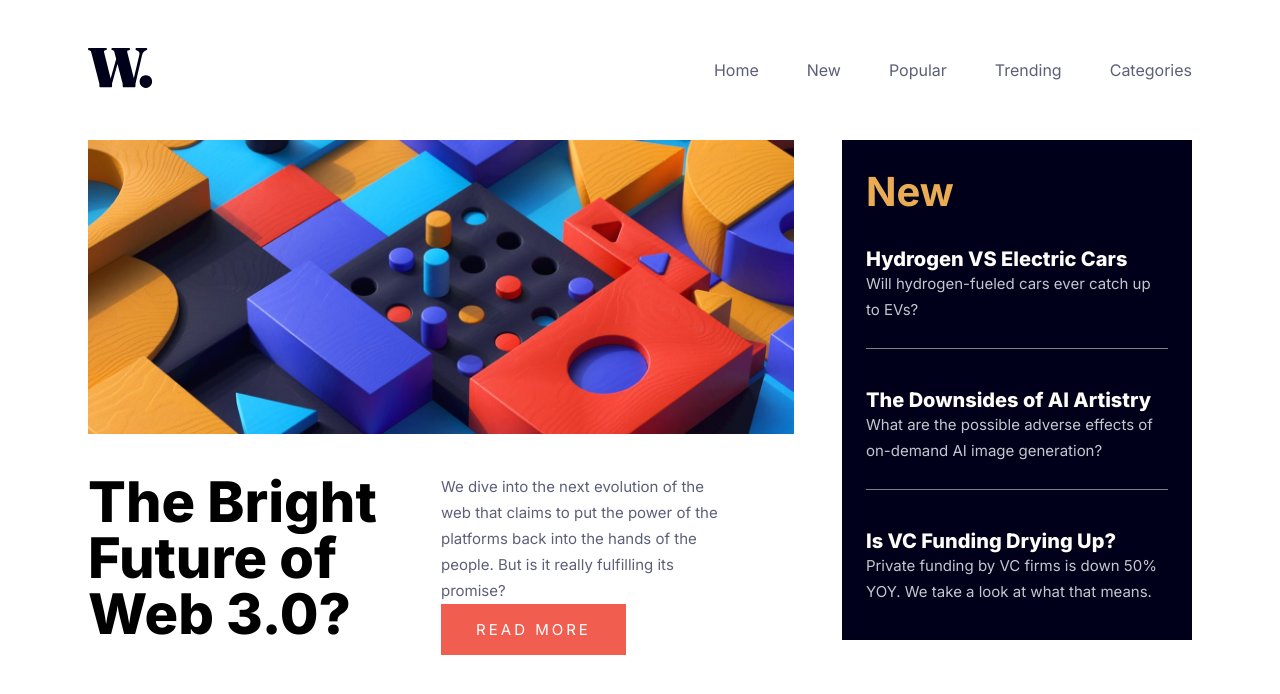
Repository: DevAntonioRogers/FrontendMentor-News-Homepage
Page: index.html
The author's editor kept a copy of each file at every save. The page is drawn from the files as they stood at one save, then again after the next save.
The browser window is 1280 px wide. The pictures show the whole page.

Above is the page before, as saved 2023-04-21 13:03:38.

### index.html
<!DOCTYPE html>
<html lang="en">
  <head>
    <meta charset="UTF-8" />
    <meta http-equiv="X-UA-Compatible" content="IE=edge" />
    <meta name="viewport" content="width=device-width, initial-scale=1.0" />
    <link rel="stylesheet" href="styles.css" />
    <title>Document</title>
  </head>
  <body>
    <nav>
      <div class="logo">
        <img src="./assets/logo.svg" alt="logo" />
      </div>
      <ul class="nav-menu">
        <li>Home</li>
        <li>New</li>
        <li>Popular</li>
        <li>Trending</li>
        <li>Categories</li>
      </ul>
      <div class="mobile-icons">
        <img src="./assets/icon-menu.svg" alt="" />
        <img src="./assets/icon-menu-close.svg" alt="" />
      </div>
    </nav>

    <section class="hero">
      <div class="left">
        <picture>
          <source srcset="assets/image-web-3-mobile.jpg" media="(max-width: 768px)" />
          <img src="assets/image-web-3-desktop.jpg" alt="banner" />
        </picture>
        <article class="hero-article">
          <div>
            <h1>The Bright Future of Web 3.0?</h1>
          </div>
          <div>
            <div class="test">
              <p>
                We dive into the next evolution of the web that claims to put the power of the platforms back into the
                hands of the people. But is it really fulfilling its promise?
              </p>
            </div>

            <div>
              <button>Read More</button>
            </div>
          </div>
        </article>
      </div>

      <div class="right">
        <h1>New</h1>

        <div>
          <h3>Hydrogen VS Electric Cars</h3>
          <p>Will hydrogen-fueled cars ever catch up to EVs?</p>
        </div>

        <div>
          <h3>The Downsides of AI Artistry</h3>
          <p>What are the possible adverse effects of on-demand AI image generation?</p>
        </div>

        <div>
          <h3>Is VC Funding Drying Up?</h3>
          <p>Private funding by VC firms is down 50% YOY. We take a look at what that means.</p>
        </div>
      </div>
    </section>
  </body>
</html>

### styles.css
@import url('https://fonts.googleapis.com/css2?family=Inter:wght@400;700;800&display=swap');

*{
  box-sizing: border-box;
  margin: 0;
  padding: 0;
  font-family: 'Inter', sans-serif;
}

/* img{
  width: 100%;
  height: 100%;
} */

body{
  max-width: 1200px;
  margin: auto;
  padding: 3rem;
}

a{
  text-decoration: none;
}

li{
  list-style: none;
}

/* NAVBAR STYLES */

nav{
  display: flex;
  justify-content: space-between;
  align-items: center;
}

.nav-menu{
  display: flex;
  gap: 3rem;
}

.nav-menu{
  color: hsl(236, 13%, 42%);
}

.mobile-icons{
  display: none;
}

/* HERO STYLES */

.hero{
  display: flex;
  justify-content: center;
  gap: 3rem;
  margin-top: 3rem;
  max-height: 500px;
}

.left{
  display: flex;
  flex-direction: column;
}

.left img{
  max-width: 100%;
  height: 100%;
}

.hero-article{
  display: flex;
  margin-top: 2.5rem;
}

.hero-article h1{
  font-weight: 800;
  font-size: 56px;
  line-height: 56px;
}

.hero-article div{
  display: flex;
  flex-direction: column;
  justify-content: space-between;
  width: 80%;
}

.hero-article button{
  color: white;
  background-color: hsl(5, 85%, 63%);
  width: 185px;
  padding: 1rem;
  font-size: 15px;
  letter-spacing: 3px;
  text-transform: uppercase;
  border: none;
}


.hero-article p{
  font-weight: 400;
  font-size: 15px;
  line-height: 26px;
  color: hsl(236, 13%, 42%);

}











.right{
  background-color: hsl(240, 100%, 5%);
  color: white;
  padding: 2rem 1.5rem;
  display: flex;
  flex-direction: column;
  gap: 2rem;
  min-width: 350px;
}

.right h1{
  font-size: 40px;
  color: hsl(35, 77%, 62%);
  line-height: 40px;
  font-weight: 700;
}

.right h3 {
  font-weight: 800;
  font-size: 20px;
  line-height: 24px;
  color: hsl(36, 100%, 99%);
}

.right p{
  font-weight: 400;
  font-size: 15px;
  line-height: 26px;
  color: hsl(233, 8%, 79%);
}

.right div{
  margin: auto;
  border-bottom: solid 1px grey;
  padding-bottom: 25px;
}

.right div:nth-child(4){
  border: none;
  padding-bottom: 0;
}

After the next save:
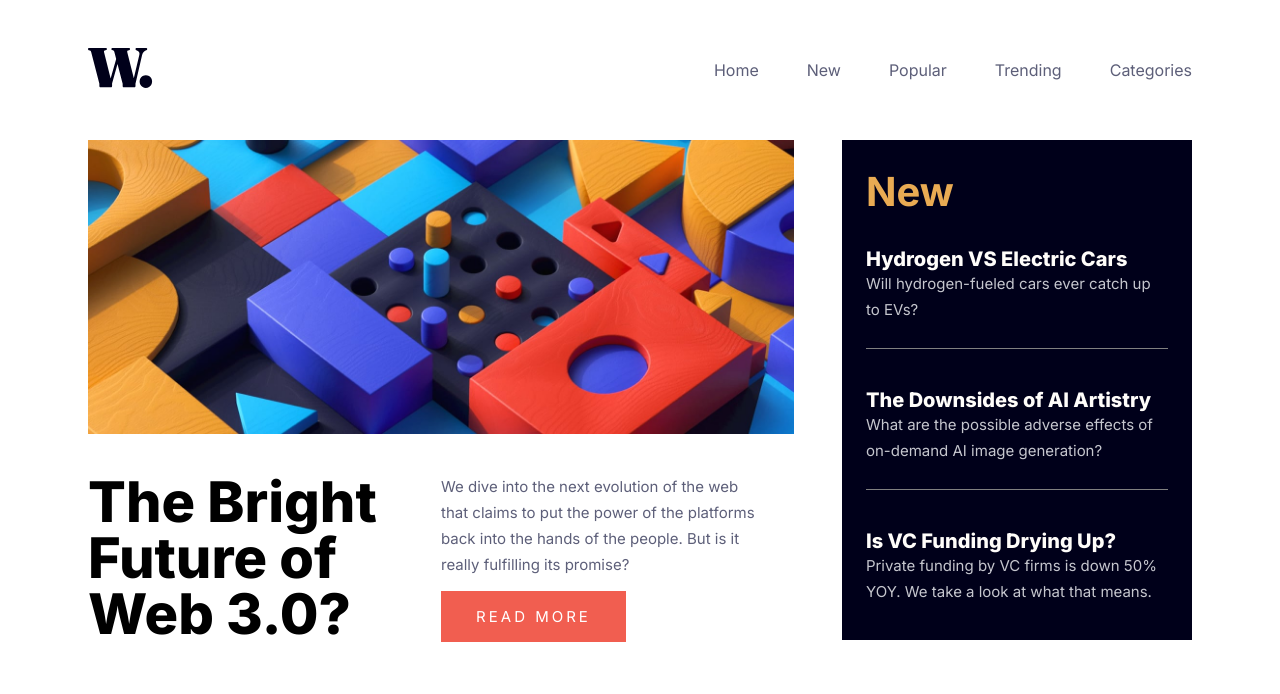
Saved 6 s later.
--- a/styles.css
+++ b/styles.css
@@ -82,7 +82,7 @@ nav{
   display: flex;
   flex-direction: column;
   justify-content: space-between;
-  width: 80%;
+  width: 90%;
 }
 
 .hero-article button{
